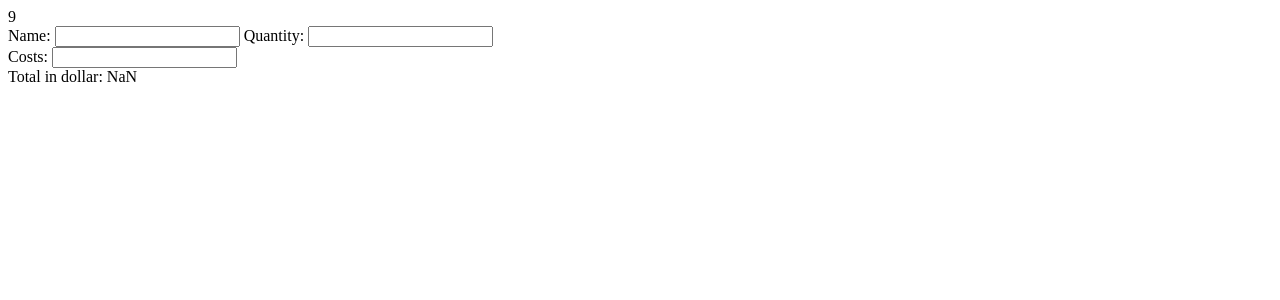
Repository: aneishkumar/Workspace2
Page: workspaceangularjs/angularjsdemo/WebContent/angularjsdemo.html
The author's editor kept a copy of each file at every save. The page is drawn from the files as they stood at one save, then again after the next save.
The browser window is 1280 px wide. The pictures show the whole page.
Some web libraries are served in a nearby version.

Above is the page before, as saved 2018-02-02 11:03:19.

After the next save:
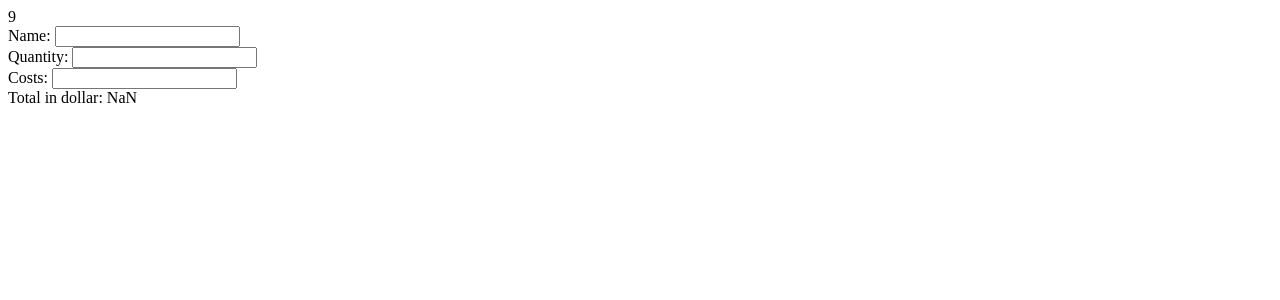
Saved 28 s later.
--- a/workspaceangularjs/angularjsdemo/WebContent/angularjsdemo.html
+++ b/workspaceangularjs/angularjsdemo/WebContent/angularjsdemo.html
@@ -7,7 +7,7 @@
 <body ng-app>
 {{4+5}}<br>
 Name: <input ng-model="name">
-{{name}}
+{{name}}<br>
 
 Quantity: <input type="number" ng-model="quantity"><br>
 Costs:    <input type="number" ng-model="price"><br>
